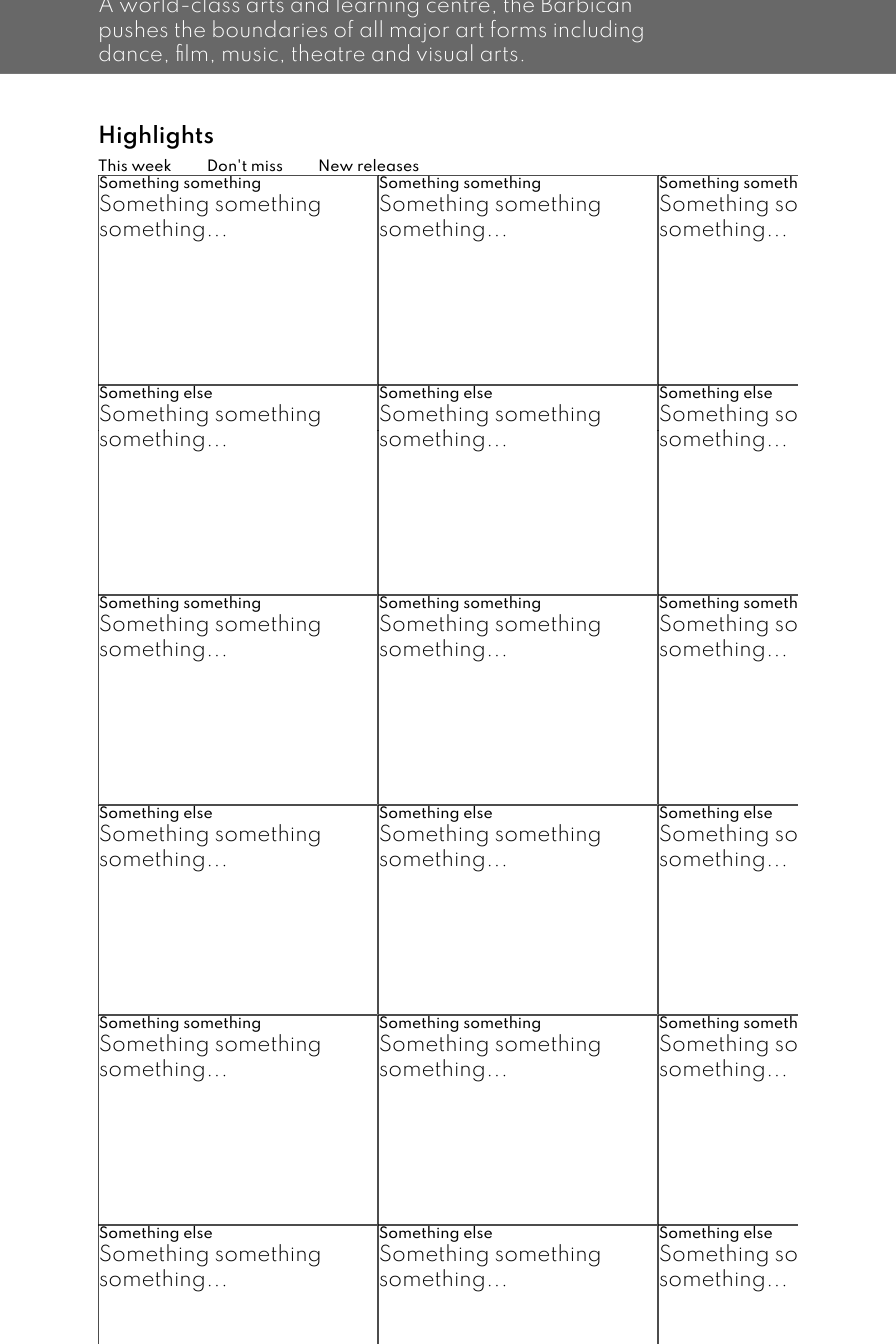
Repository: vvogt/fameworks_vv
Page: /
The author's editor kept a copy of each file at every save. The page is drawn from the files as they stood at one save, then again after a run of saves.
The browser window is 1280 px wide. The pictures show the part of the page from y = 502 to 2422 px (the page is 2612 px tall before and 6212 px after), at 70% of full size.
Pictures or frames that could not be fetched are drawn as grey boxes. The project was rebuilt for these pictures with package versions that can differ from the ones it lists, and the page was loaded fresh each time. Also part of the build but not shown: src/components/NotFound.js. Imported but missing from the stored project, and not drawn on this page: src/assets/videos/seald_fullhd.mp4.

Above is the page before, as saved 2020-03-28 18:20:52.

### public/index.html
<!DOCTYPE html>
<html lang="en">
  <head>
    <meta charset="utf-8" />
    <link rel="icon" href="%PUBLIC_URL%/favicon.ico" />
    <link href="https://fonts.googleapis.com/css2?family=Spartan:wght@200;300;400;500;531;600;700;800;900&display=swap"
      rel="stylesheet">
    <meta name="viewport" content="width=device-width, initial-scale=1" />
    <meta name="theme-color" content="#000000" />
    <meta
      name="description"
      content="Web site created using create-react-app"
    />
    <!--
      manifest.json provides metadata used when your web app is installed on a
      user's mobile device or desktop. See https://developers.google.com/web/fundamentals/web-app-manifest/
    -->
    <link rel="manifest" href="%PUBLIC_URL%/manifest.json" />
    <!--
      Notice the use of %PUBLIC_URL% in the tags above.
      It will be replaced with the URL of the `public` folder during the build.
      Only files inside the `public` folder can be referenced from the HTML.

      Unlike "/favicon.ico" or "favicon.ico", "%PUBLIC_URL%/favicon.ico" will
      work correctly both with client-side routing and a non-root public URL.
      Learn how to configure a non-root public URL by running `npm run build`.
    -->
  </head>
  <body>
    <noscript>You need to enable JavaScript to run this app.</noscript>
    <div id="root"></div>
    <!--
      This HTML file is a template.
      If you open it directly in the browser, you will see an empty page.

      You can add webfonts, meta tags, or analytics to this file.
      The build step will place the bundled scripts into the <body> tag.

      To begin the development, run `npm start` or `yarn start`.
      To create a production bundle, use `npm run build` or `yarn build`.
    -->
  </body>
</html>

### src/scss/global.scss
// # SETTINGS
@import 'settings.variables';

// # TOOLS
@import 'tools.mixins';
@import 'tools.units';

// # BASE
@import 'base.normalize';
@import 'base.reset';
@import 'base.body';

//COMPONENTS

@import 'components.header';
@import 'components.hero';
@import 'components.section';

### src/scss/_settings.variables.scss
/* ------------------------------------------
   settings.VARIABLES
------------------------------------------ */

// Fonts
$font: 'Spartan', sans-serif;

$font_btn: rem-calc(15);

// Colors
$black: #000000;
$white: #ffffff;
$orange: #ff5900;
$orange-drkr: #e65000;

// Layout
$gutter: 20px;

// Animations
$transition-in: 0.1s;
$transition-out: 0.3s;

// Box Shadow
$shadow_light: 1px 2px 2px rgba($black, 0.1);
$shadow_dark: 1px 2px 2px rgba($black, 0.2);

// Padding
$padding_lr_1: 240px;
$padding_lr_2: 140px;
$padding_lr_3: 80px;
$padding_lr_4: 20px;

$padding_lr: 20px, 80px, 140px, 240px;

### src/scss/_tools.mixins.scss
/* ------------------------------------------
   tools.MIXINS
------------------------------------------ */

@mixin clearfix() {
  &:before, &:after {
    content: " ";
    display: table;
  }
  &:after {
    clear: both;
  }
}

@mixin un-clearfix() {
  &:before, &:after {
    content: none;
    display: auto;
  }
  &:after {
    clear: none;
  }
}

// Image Replacement

@mixin ir() {
  border: 0;
  font: 0/0 a;
  text-shadow: none;
  color: transparent;
  // background: url(test.png);
  // width: 300px;
  // height: 75px;
}

// Hide only visually, but have it available for screen readers:
// http://snook.ca/archives/html_and_css/hiding-content-for-accessibility

@mixin visuallyhidden() {
    border: 0;
    clip: rect(0 0 0 0);
    height: 1px;
    margin: -1px;
    overflow: hidden;
    padding: 0;
    position: absolute;
    width: 1px;
}


//  ## Media query and orietation mixins
//  ==================================================
//  http://alwaystwisted.com/post.php?s=2013-04-01-my-media-query-mixin


@mixin mq($point, $query1: min, $query2: width) {
  @media screen and (#{$query1}-#{$query2}: strip-unit($point) / 16 +em) {
    @content;
  }
}

@mixin orient($orientation: landscape) {
  @media (orientation : $orientation) {
    @content;
  }
}

@mixin setLRPadding($padding-lr4: 20px, $padding-lr3: 80px, $padding-lr2: 140px, $padding-lr1: 240px) {
  padding-left: $padding-lr4;
  padding-right: $padding-lr4;

   @include mq(600) {
      padding-left: $padding-lr3;
      padding-right: $padding-lr3;
   }

   @include mq(1000) {
      padding-left: $padding-lr2;
      padding-right: $padding-lr2;
   }

   @include mq(1400) {
      padding-left: $padding-lr1;
      padding-right: $padding-lr1;
   }
}

### src/scss/_tools.units.scss
// Foundation for Sites by ZURB
// foundation.zurb.com
// Licensed under MIT Open Source

////
/// @group functions
////

$global-font-size: 100% !default;

// scss-lint:disable ZeroUnit

/// Removes the unit (e.g. px, em, rem) from a value, returning the number only.
///
/// @param {Number} $num - Number to strip unit from.
///
/// @returns {Number} The same number, sans unit.
@function strip-unit($num) {
  @return $num / ($num * 0 + 1);
}

/// Converts one or more pixel values into matching rem values.
///
/// @param {Number|List} $values - One or more values to convert. Be sure to separate them with spaces and not commas. If you need to convert a comma-separated list, wrap the list in parentheses.
/// @param {Number} $base [null] - The base value to use when calculating the `rem`. If you're using Foundation out of the box, this is 16px. If this parameter is `null`, the function will reference the `$base-font-size` variable as the base.
///
/// @returns {List} A list of converted values.
@function rem-calc($values, $base: null) {
  $rem-values: ();
  $count: length($values);

  // If no base is defined, defer to the global font size
  @if $base == null {
    $base: $global-font-size;
  }

  // If the base font size is a %, then multiply it by 16px
  // This is because 100% font size = 16px in most all browsers
  @if unit($base) == '%' {
    $base: ($base / 100%) * 16px;
  }

  @if $count == 1 {
    @return -zf-to-rem($values, $base);
  }

  @for $i from 1 through $count {
    $rem-values: append($rem-values, -zf-to-rem(nth($values, $i), $base));
  }

  @return $rem-values;
}

// Converts a unitless, pixel, or rem value to em, for use in breakpoints.
@function -zf-bp-to-em($value) {
  // Pixel and unitless values are converted to rems
  @if unit($value) == 'px' or unitless($value) {
    $value: rem-calc($value, $base: 16px);
  }

  // Then the value is converted to ems
  @return strip-unit($value) * 1em;
}

/// Converts a pixel value to matching rem value. *Any* value passed, regardless of unit, is assumed to be a pixel value. By default, the base pixel value used to calculate the rem value is taken from the `$global-font-size` variable.
/// @access private
///
/// @param {Number} $value - Pixel value to convert.
/// @param {Number} $base [null] - Base for pixel conversion.
///
/// @returns {Number} A number in rems, calculated based on the given value and the base pixel value. rem values are passed through as is.
@function -zf-to-rem($value, $base: null) {
  // Check if the value is a number
  @if type-of($value) != 'number' {
    @warn inspect($value) + ' was passed to rem-calc(), which is not a number.';
    @return $value;
  }

  // Calculate rem if units for $value is not rem
  @if unit($value) != 'rem' {
    $value: strip-unit($value) / strip-unit($base) * 1rem;
  }

  // Turn 0rem into 0
  @if $value == 0rem {
    $value: 0;
  }

  @return $value;
}

### src/scss/_base.reset.scss
/* ------------------------------------------
  generic.RESET
------------------------------------------ */

* {
  box-sizing: border-box;
}

img,
iframe {
  max-width: 100%;
  height: auto;
}

h1,h2,h3,h4,h5,h6,
p,blockquote,pre,
dl,dd,ol,ul,
form,fieldset,legend,
table,th,td,caption,
hr,figure {
  margin:0;
  padding:0;
}

li {
  list-style: none;
}

::selection {

}

### src/scss/_base.body.scss
body {
  font-family: $font;
  font-size: rem-calc(14);
  line-height: rem-calc(18);
  font-weight: 400;
  color: $black;
  background-color: $white;
  margin: 0px;
  padding: 0px;
}

p {
  font-family: $font;
  font-size: rem-calc(20);
  line-height: rem-calc(26);
  color: $black;
  font-weight: 355;

  @include mq(350) {
    font-size: rem-calc(24);
    line-height: rem-calc(30);
  }

  @include mq(1000) {
    font-size: rem-calc(28);
    line-height: rem-calc(35);
  }
}

a {
  color: $black;
  text-decoration: none;

  &:hover {
    text-decoration: none;
    color: $white;
  }
}

h1,
h2,
h3,
h4,
h5 {
  font-weight: 500;
}

h1 {
  font-size: rem-calc(70);
  line-height: rem-calc(78);
  font-weight: 1000;

}

h2 {
  font-size: rem-calc(36);
  line-height: rem-calc(40);
  font-weight: 600;
  color: $black;

  @include mq(700) {
    font-size: rem-calc(46);
    line-height: rem-calc(50);
  }

  @include mq(1000) {
    font-size: rem-calc(56);
    line-height: rem-calc(60);
  }


}

h2+p {
  margin-top: 20px;

  @include mq(1000) {
    margin-top: 45px;
  }
}

h3 {
  font-size: rem-calc(20);
  line-height: rem-calc(25);
}

h4 {
  font-size: rem-calc(18);
  line-height: rem-calc(21);
}

h5 {
  font-size: rem-calc(14);
  line-height: rem-calc(18);
}

.wrapper {
  width: 100%;
  margin: 0 auto;
  background-color: $white;
  overflow: hidden;
}

### src/scss/_components.header.scss
.header {
   background-color: $orange;
   width: 100%;
   display: flex;
   flex-direction: column;
   color: white;

   &__main {
      height: 55px;
      width: 100%;
      display: flex;
      flex-direction: row;
      justify-content: space-between;
      align-items: center;
      padding-left: $padding-lr_4;
      padding-right: $padding-lr_4;

      @include mq(400) {
         height: 68.3px;
      }

      @include mq(500) {
         height: 81.6px;
      }

      @include setLRPadding($padding_lr);

      .logo {
         font-weight: 800;
         font-size: rem-calc(20);
         letter-spacing: rem-calc(-1.5);

         @include mq(400) {

         }

         @include mq(500) {

         }

         @include mq(600) {
            font-size: rem-calc(40);
         }
      }

      &__right {
         display: flex;
         flex-direction: row;
         flex-wrap: nowrap;
         align-items: center;
         justify-content: right;
         display: flex;

         @include mq(770) {
            width: 340px;
         }

         @include mq(1000) {
            width: 440px;
         }

         input {
            width: 220px;
            height: 42.5px;
            border-radius: 4px;
            box-shadow: inset 0 0 20px rgba(0,0,0,0.1);
            background-color: $orange-drkr;
            border: 1px solid;
            border-color: rgba(0,0,0,0.1);
            color: $white;
            padding: 0px 15px;
            line-height: 1;
            padding: .75em 1em;
            font-weight: 300;
            transition: background-color 0.2s ease-in;

            @include mq(1000) {
               width: 320px;
            }

            &:focus {
               outline: none;
               background-color: darken($orange-drkr, 5%);
               transition: background-color 0.1s ease-in;

            }
         }

         .search-icon {
            width: 20px;
            height: 20px;
         }

         .login {
            display: flex;
            flex-direction: row;
            flex-wrap: nowrap;
            align-items: center;
            font-weight: 800;
            margin-left: 20px;
            white-space: nowrap;

            img {
               position: relative;
               width: 30px;
               height: 30px;

               @include mq(770) {
                  top: -3px;
                  width: 20px;
                  height: 20px;
                  margin-left: 0px;
                  margin-right: 5px;
               }
            }

            span {
               display: none;

               @include mq(770) {
                  display: inline;
               }
            }
         }

         .search-icon {
            display: inline;
            width: 30px;
            height: 30px;

            @include mq(770) {
               display: none;
            }
         }

         input {
            display: none;

            @include mq(770) {
               display: inline;
            }
         }
      }
   }

   &__nav {
      height: 55px;
      border-top: 1px $white solid;
      border-color: rgba(255, 255, 255, 0.5);
      padding-left: $padding-lr_4;
      overflow: scroll;
      -ms-overflow-style: none;  // IE 10+
      overflow: -moz-scrollbars-none;  // Firefox

      &::-webkit-scrollbar {
         display: none;
      }

      @include mq(600) {
         padding-left: $padding-lr_3;
      }

      @include mq(1000) {
         padding-left: $padding-lr_2;
      }

      @include mq(1400) {
         padding-left: $padding-lr_1;
      }

      ul {
         font-weight: 800;
         display: flex;
         flex-direction: row;
         width: 1000px;
         height: 100%;
         justify-content: space-between;
         align-items: center;
      }
   }
}

### src/scss/_components.hero.scss
.hero {
   background-color: rgb(104, 104, 104);
   height: 300px;
   position: relative;

   @include setLRPadding();

   @include mq(750) {
      height: calc(100vh - 250px);
   }

   &__content {
      position: absolute;
      z-index: 2;
      margin-top: 200px;
      margin-bottom: 200px;



      h1, p {
         color: $white;
      }

      h1 {
         width: 50%;
      }

      p {
         width: 70%;
      }
   }

   &__bgVideo {
      position: absolute;
      object-fit: cover;
      left: 0;
      right: 0;
      width: 100%;
      height: 100%;
      background-position: center;
   }
}

### src/scss/_components.section.scss
.section_highlights {
   padding-top: rem-calc(60);
   padding-bottom: rem-calc(60);
   @include setLRPadding($padding_lr);

   .articlePreviews {
      ul {
         display: flex;
         overflow: scroll;
         flex-direction: row;
         flex-wrap: none;
      }
   }

   .articlePreview {
      width: 400px;
      height: 300px;
      border: 1px solid black;
   }

   .categoryTabs {
      width: 100%;

      ul {
         display: flex;
         flex-direction: row;
         -ms-flex-align: left;

         li {
            padding-right: 50px;
         }
      }
   }

   h2 {
      font-size: rem-calc(30);
   }
}

### src/components/Section.js
import React from 'react';

class Block extends React.Component {
  setBgImage = imageUrl => {
    let bgImageStyle = {
      backgroundImage: `url(${imageUrl})`,
      backgroundPosition: 'center',
      backgroundSize: 'cover',
      backgroundRepeat: 'no-repeat'
    };

    return bgImageStyle;
  };

  renderArticles = tabs => {
    return Object.keys(tabs).map(tabName => {
      return (
        <li key={tabName}>
          {tabs[tabName].map(article => {
            return (
              <li key={article.id}>
                <div className="articlePreview">
                  <div
                    className="arcticle__image"
                    style={this.setBgImage(article.imageUrl)}
                  ></div>
                  <h3>{article.title}</h3>
                  <p>{article.description}</p>
                </div>
              </li>
            );
          })}
        </li>
      );
    });
  };

  renderCategoryNames = tabs => {
    return Object.keys(tabs).map(category => {
      return (
        <li key={category}>
          <h3>{category}</h3>
        </li>
      );
    });
  };

  render() {
    return (
      <div className={`section_${this.props.title.toLowerCase()}`}>
        <h2>{this.props.title}</h2>
        <div className="categoryTabs">
          <ul>{this.renderCategoryNames(this.props.content)}</ul>
        </div>
        <div className="articlePreviews">
          <ul>{this.renderArticles(this.props.content)}</ul>
        </div>
      </div>
    );
  }
}

export default Block;

Loaded but not shown: src/serviceWorker.js (common file); src/components/Main.js (144 lines, source omitted); src/components/Header.js (46 lines, source omitted); src/components/Hero.js (30 lines, source omitted); src/index.js (12 lines, source omitted); src/components/Router.js (15 lines, source omitted); src/scss/_base.normalize.scss (423 lines, source omitted)

After the next 3 saves:
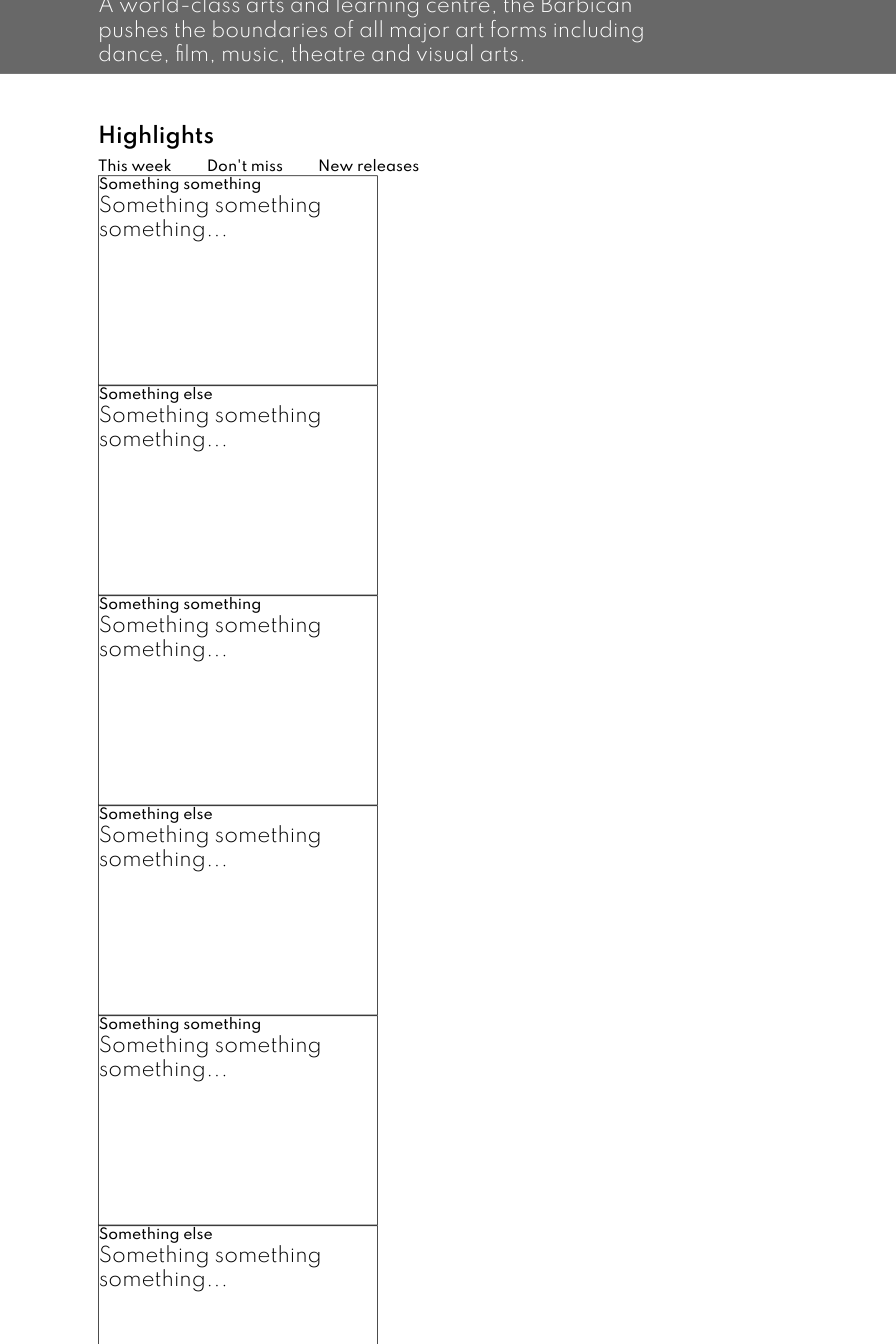
The 3 saves are shown as one change because 2 did not build or start.
The last was saved 39 s later.
--- a/src/components/Section.js
+++ b/src/components/Section.js
@@ -15,8 +15,7 @@
   renderArticles = tabs => {
     return Object.keys(tabs).map(tabName => {
       return (
-        <li key={tabName}>
-          {tabs[tabName].map(article => {
+          tabs[tabName].map(article => {
             return (
               <li key={article.id}>
                 <div className="articlePreview">
@@ -29,8 +28,7 @@
                 </div>
               </li>
             );
-          })}
-        </li>
+          })
       );
     });
   };
@@ -53,7 +51,7 @@
           <ul>{this.renderCategoryNames(this.props.content)}</ul>
         </div>
         <div className="articlePreviews">
-          <ul>{this.renderArticles(this.props.content)}</ul>
+          {this.renderArticles(this.props.content)}
         </div>
       </div>
     );
